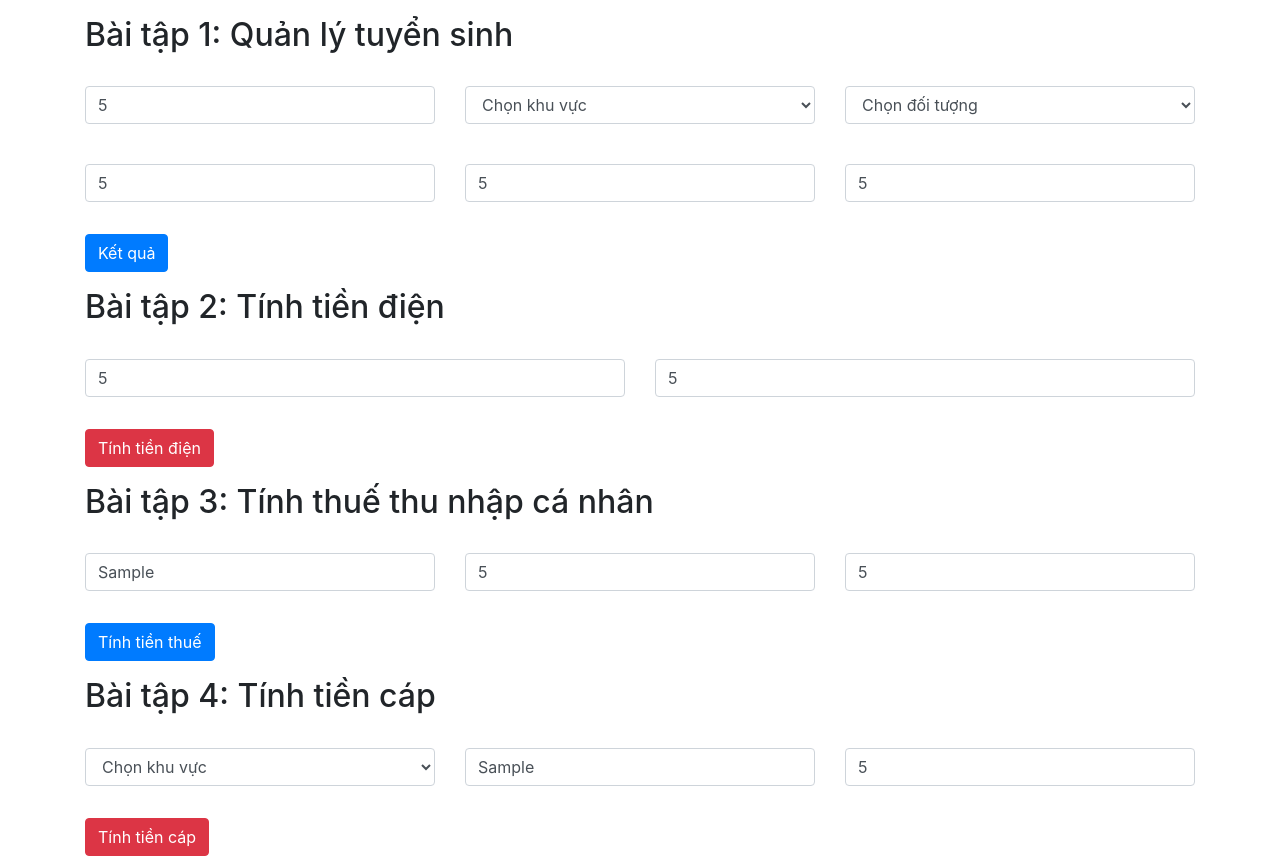
Repository: thanhfrankie/BC10-LeMinhThanh-Js-b5
Page: index.html
The author's editor kept a copy of each file at every save. The page is drawn from the files as they stood at one save, then again after a run of saves.
The browser window is 1280 px wide. The pictures show the whole page.
Empty fields were first filled with sample values (such as "Sample", 5 or name@example.com).
After loading, the first visible `#ket-qua-tuyen-sinh` was clicked once.

Above is the page before, as saved 2023-12-15 19:42:43.

After the next 4 saves:
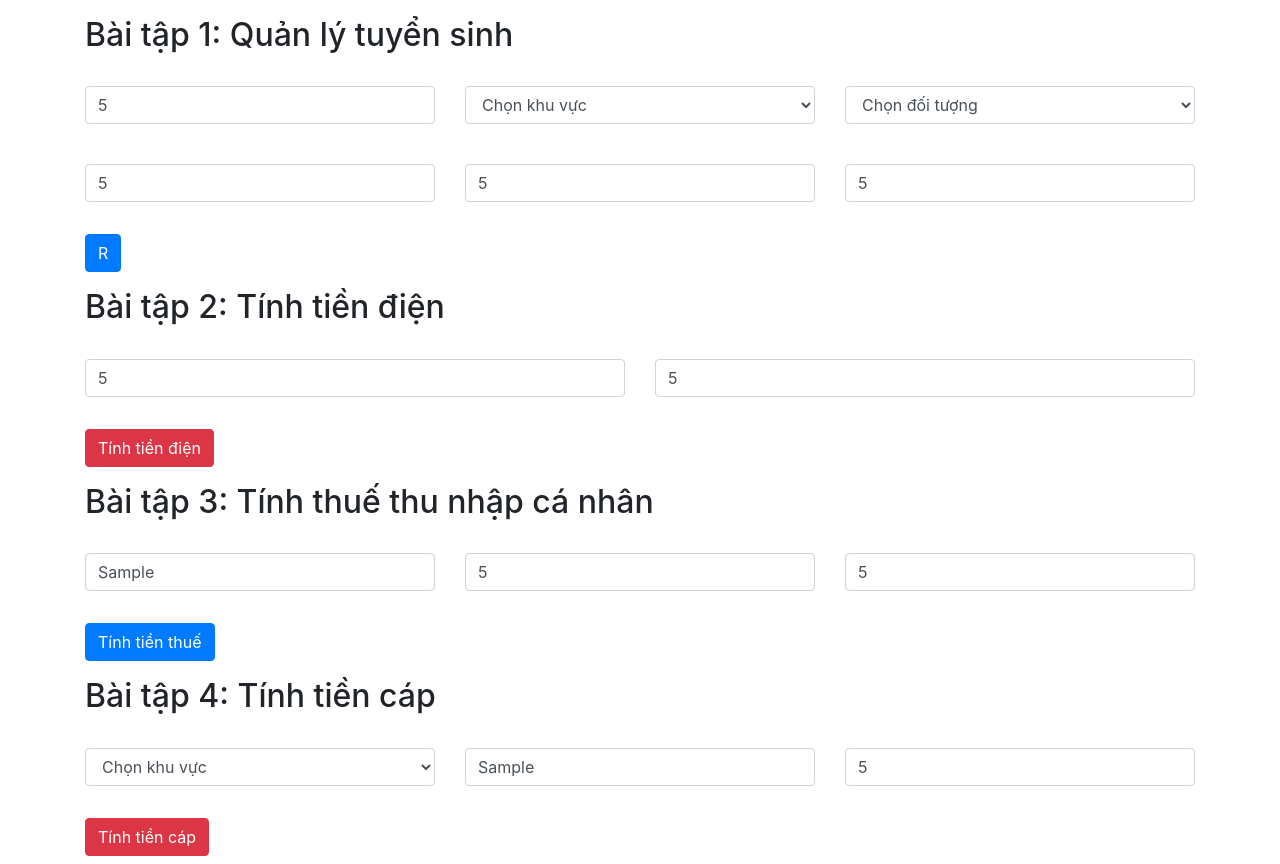
The 4 saves are shown as one change because they came seconds apart.
The last was saved 12 s later.
--- a/index.js
+++ b/index.js
@@ -20,7 +20,7 @@ function tuyenSinh() {
     var diemUuTien = diemKhuVuc + diemDoiTuong
     var ketQua = document.getElementById("ket-qua-tuyen-sinh")
     if (diemMon1 || diemMon2 || diemMon3 == 0 ) {
-
+        ketQua.innerText = `R`
     }
 }
 
